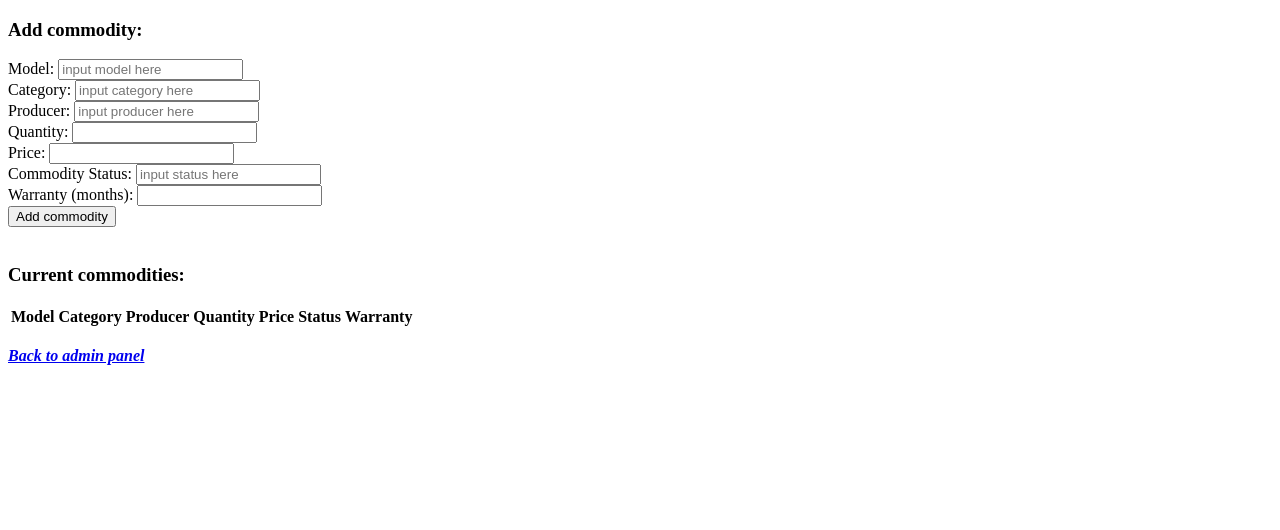
Repository: Zed180881/Zed_repo
Page: http://localhost/eShop/WEB-INF/views/adminPanel/adminCommodity.jsp
The author's editor kept a copy of each file at every save. The page is drawn from the files as they stood at one save, then again after the next save.
The browser window is 1280 px wide. The pictures show the whole page.
The page is served by Tomcat 9. Nobody is signed in. Other server files are loaded and not shown. The template is opened directly, without the code that normally fills it, so the values that code supplies are empty.

Above is the page before, as saved 2016-08-05 10:30:53.

### JavaProj/eShop/src/main/webapp/WEB-INF/views/adminPanel/adminCommodity.jsp
<%@ page language="java" contentType="text/html; charset=UTF-8"
	pageEncoding="UTF-8"%>
<%@ taglib prefix="c" uri="http://java.sun.com/jsp/jstl/core"%>
<!DOCTYPE html>
<html>
<head>
<meta charset="UTF-8">
<title>Commodity Management</title>
</head>
<body>
	<h3>Add commodity:</h3>
	<form action="/admin/commodity" method="post">
		<label for="model">Model:</label>
		<input type="text" name="model" placeholder="input model here" required>
		<br>
		<label for="categoryName">Category:</label>
		<input type="text" name="categoryName" placeholder="input category here" required>
		<br>
		<label for="producerName">Producer:</label>
		<input type="text" name="producerName" placeholder="input producer here" required>
		<br>
		<label for="quantity">Quantity:</label>
		<input type="number" name="quantity" min="1" step="1" required>
		<br>
		<label for="price">Price:</label>
		<input type="number" name="price" min="0" step="0.01" required>
		<br>
		<label for="statusName">Commodity Status:</label>
		<input type="text" name="statusName" placeholder="input status here" required>
		<br>
		<label for="warranty">Warranty (months):</label>
		<input type="number" name="warranty" min="0" step="1" required>
		<br>
		<input type="submit" value="Add commodity">
	</form>
	<br>
	<h3>Current commodities:</h3>
	<table>
		<tr>
			<th>Model</th>
			<th>Category</th>
			<th>Producer</th>
			<th>Quantity</th>
			<th>Price</th>
			<th>Status</th>
			<th>Warranty</th>
		</tr>
	<c:forEach items="${commodities}" var="commodity">
		<tr>
			<td>${commodity.model}</td>
			<td>${commodity.category.categoryName}</td>
			<td>${commodity.producer.producerName}</td>
			<td>${commodity.quantity}</td>
			<td>${commodity.price}</td>
			<td>${commodity.commodityStatus.commodityStatusName}</td>
			<td>${commodity.warranty}</td>
		</tr>
	</c:forEach>
	</table>
	<br>
	<a href="/admin"><b><i>Back to admin panel</i></b></a>
</body>
</html>

After the next save:
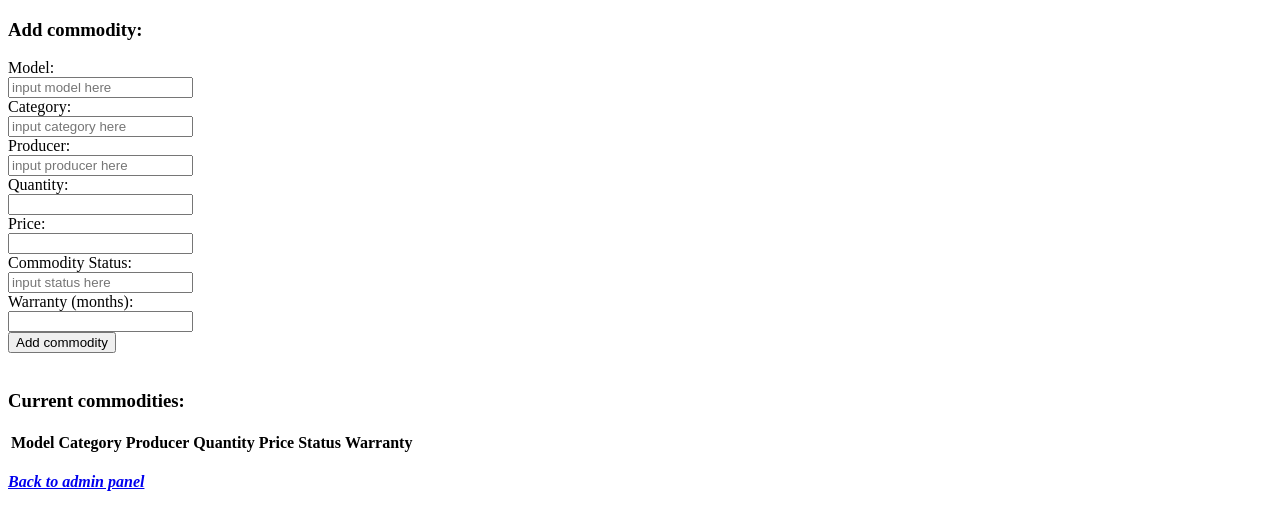
Saved 65 s later.
--- a/JavaProj/eShop/src/main/webapp/WEB-INF/views/adminPanel/adminCommodity.jsp
+++ b/JavaProj/eShop/src/main/webapp/WEB-INF/views/adminPanel/adminCommodity.jsp
@@ -11,24 +11,31 @@
 	<h3>Add commodity:</h3>
 	<form action="/admin/commodity" method="post">
 		<label for="model">Model:</label>
+		<br>
 		<input type="text" name="model" placeholder="input model here" required>
 		<br>
 		<label for="categoryName">Category:</label>
+		<br>
 		<input type="text" name="categoryName" placeholder="input category here" required>
 		<br>
 		<label for="producerName">Producer:</label>
+		<br>
 		<input type="text" name="producerName" placeholder="input producer here" required>
 		<br>
 		<label for="quantity">Quantity:</label>
+		<br>
 		<input type="number" name="quantity" min="1" step="1" required>
 		<br>
 		<label for="price">Price:</label>
+		<br>
 		<input type="number" name="price" min="0" step="0.01" required>
 		<br>
 		<label for="statusName">Commodity Status:</label>
+		<br>
 		<input type="text" name="statusName" placeholder="input status here" required>
 		<br>
 		<label for="warranty">Warranty (months):</label>
+		<br>
 		<input type="number" name="warranty" min="0" step="1" required>
 		<br>
 		<input type="submit" value="Add commodity">
